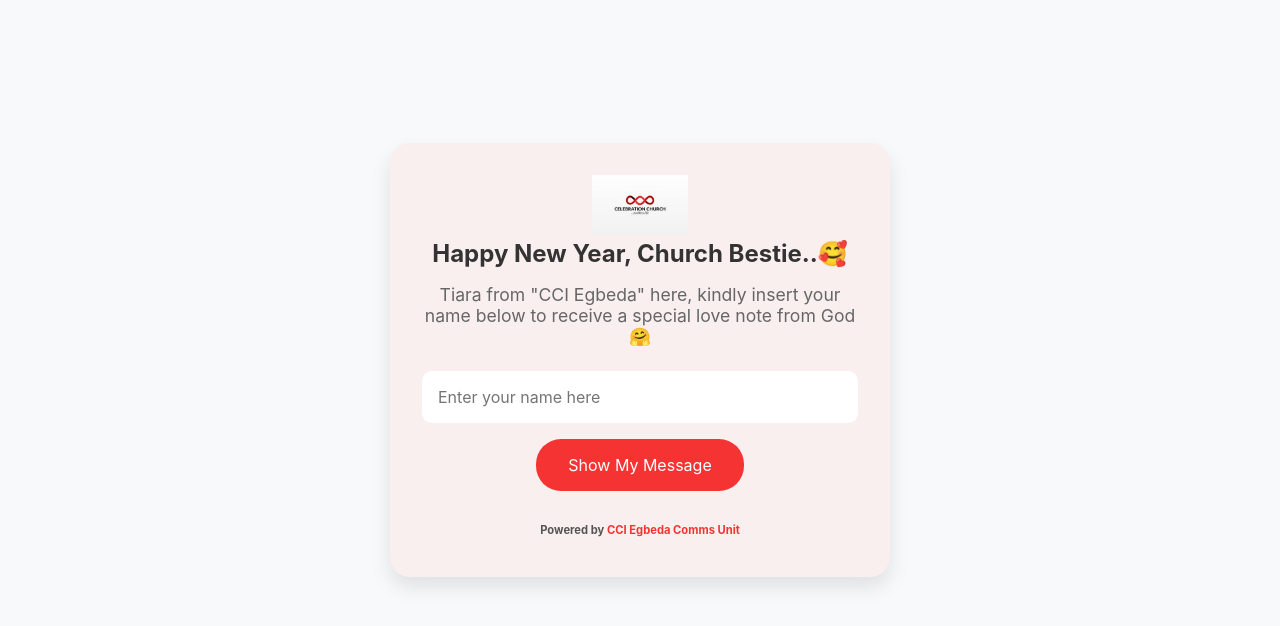
Repository: joelojieabu/biblicalWordsOfEncouragement
Page: index.html
An editor plug-in stored every save of this project. The page is shown before and after the next save, followed by the edit.
The browser window is 1280 px wide. The pictures show the whole page.

Above is the page before, as saved 2025-01-09 10:46:15.

### index.html
<!DOCTYPE html>
<html lang="en">
  <head>
    <meta charset="UTF-8" />
    <meta name="viewport" content="width=device-width, initial-scale=1.0" />
    <title>God's Love Note</title>
    <style>
      * {
        margin: 0;
        padding: 0;
        box-sizing: border-box;
        font-family: -apple-system, BlinkMacSystemFont, "Segoe UI", Roboto,
          sans-serif;
      }

      body {
        min-height: 100vh;
        display: flex;
        justify-content: center;
        align-items: center;
        background-color: #f8f9fa;
      }

      .card {
        background-color: #faefef;
        padding: 2rem;
        border-radius: 20px;
        box-shadow: 0 10px 20px rgba(0, 0, 0, 0.1);
        width: 90%;
        max-width: 500px;
        text-align: center;
        transition: transform 0.3s ease;
      }

      .card:hover {
        transform: translateY(-5px);
      }

      h2 {
        color: #333;
        margin-bottom: 1rem;
      }

      .subtitle {
        color: #666;
        margin-bottom: 1.5rem;
        font-size: 1.1rem;
      }

      input {
        width: 100%;
        padding: 1rem;
        margin-bottom: 1rem;
        border: none;
        border-radius: 10px;
        font-size: 1rem;
        outline: none;
      }

      button {
        background-color: rgb(246, 51, 51);
        color: white;
        border: none;
        padding: 1rem 2rem;
        border-radius: 25px;
        cursor: pointer;
        font-size: 1rem;
        transition: background-color 0.3s ease;
      }

      button:hover {
        background-color: rgb(250, 147, 147);
      }

      #message {
        margin-top: 1.5rem;
        color: #444;
        font-size: 1.1rem;
        opacity: 0;
        transition: opacity 0.5s ease;
      }

      #message.visible {
        opacity: 1;
      }

      .heart {
        color: #ff4d6d;
        display: inline-block;
        animation: beat 1s infinite;
      }

      @keyframes beat {
        0%,
        100% {
          transform: scale(1);
        }
        50% {
          transform: scale(1.2);
        }
      }
      small {
        color: #555;
        font-size: 0.7rem;
        margin-top: 1.5rem;
        display: block;
        text-align: center;
        padding: 0.5rem;
        border-radius: 10px;
      }
    </style>
  </head>
  <body>
    <div class="card">
      <img
        src="../cci-image.jpg"
        style="width: 20%; height: auto; min-width: 6rem"
      />
      <h2>Happy New Year, Church Bestie..🥰</h2>
      <p class="subtitle">
        Tiara from "CCI Egbeda" here, kindly insert your name below to receive a
        special love note from God🤗
      </p>
      <input type="text" id="nameInput" placeholder="Enter your name here" />
      <button onclick="showMessage()">Show My Message</button>
      <p id="message"></p>
      <small
        ><b
          >Powered by
          <span style="color: rgb(246, 51, 51)">CCI Egbeda Comms Unit</span></b
        ></small
      >
    </div>

    <script>
      const messages = [
        "Beloved, My help is on the way. Isaiah 51:5",
        "Precious One, You belong to Me. When you go through deep waters, I will be right there with you. Isaiah 43:1-2",
        "Dearest One, My Spirit is with you always. Isaiah 11:2",
        "Precious Child, I have written your name on My hands. You are always in My thoughts. Isaiah 49:16",
        "My Child, I go before you and behind you. I am holding you with My hand. Psalm 139:5",
        "Beloved, I am the One who makes all things new. Trust that I am working in your life. Revelation 21:5",
        "Beloved, You are never alone. I am with you wherever you go. Joshua 1:9",
        "My Child, I know every detail of your life. I have numbered even the hairs on your head. Matthew 10:30",
        "Beloved, I know your heart and hear your cries. I am near, comforting you always. Psalm 34:18",
        "My Precious One, I am your God who takes hold of your right hand and says, 'Do not fear; I will help you.' Isaiah 41:13",
        "My Dearest Child, I am with you in every trial and every joy. You are never out of My sight. Psalm 139:7-10",
        "My Child, When you call on Me, I will answer; when you seek Me, you will find Me. Jeremiah 33:3",
        "Beloved, I am your peace; let not your heart be troubled or afraid. John 14:27",
        "Dear One, I, The Lord who see you, will restore to you the years that the locust has eaten. Joel 2:25",
        "My Child, Though you walk through valleys, fear no evil, for I am with you always. Psalm 23:4",
        "Precious One, I am your shepherd; with Me, you lack nothing. Psalm 23:1-2",
        "Beloved, You are never alone. Hebrews 13:5",
        "Dearest Child, The mountains may skip like lambs, and the hills be removed, but My love shall not depart from you. Isaiah 54:10",
        "Beloved, Be strong and courageous. Do not be afraid, for I go with you wherever you go. Joshua 1:9",
        "My Dear, I know the plans I have for you, plans to prosper you and not to harm you, plans to give you hope and a future. Jeremiah 29:11",
        "My beloved, you are wonderfully made, and I see every detail of your heart and soul. You are precious to me. Psalm 139:14",
        "Even in your struggles, my love for you remains steadfast. There is nothing that can separate us. Romans 8:38-39",
        "Trust in my love, for I hold your heart in my hands. Share with me your fears and joys. Psalm 55:22",
        "Your laughter brings me joy, and your smiles light up my heart. You are a treasure to me. Zephaniah 3:17",
        "In your trials, I am molding you into something beautiful. Trust that I am at work in you. Romans 8:28",
        "Just as an artist pours love into their creation, I have crafted you with purpose and beauty. Ephesians 2:10",
        "I placed dreams in your heart for a reason. Pursue them with courage, and I will be with you. Jeremiah 29:11",
        "Before you were born, I knew you and called you by name; you are mine. Jeremiah 1:5",
        "You are my masterpiece, created with purpose and filled with potential. Ephesians 2:10",
        "In every moment, my heart is drawn to you; you are deeply cherished. Psalm 139:17-18",
        "When you feel alone, remember that I am always with you, my love surrounds you. Isaiah 41:10",
        "Your life is a precious gift to me; I delight in every moment we share. Zephaniah 3:17",
        "Even when you stray, my love remains steadfast, waiting for your return. Luke 15:20",
        "I have plans for your future that are filled with hope and promise. Jeremiah 29:11",
        "Your heart is safe with me; I will never leave you nor forsake you. Hebrews 13:5",
        "In your weakness, my strength shines brightly; allow me to uphold you. 2 Corinthians 12:9",
        "I rejoice over you with singing; your joy fills my heart. Zephaniah 3:17",
        "Your struggles are not in vain; I walk with you through every trial. Romans 5:3-5",
        "You are not defined by your past; I have made you a new creation. 2 Corinthians 5:17",
        "My love for you is unchanging; it is as constant as the stars in the sky. Psalm 136:1",
        "I have not given you a spirit of fear, but of power, love, and self-discipline. 2 Timothy 1:7",
        "You are loved with an everlasting love; nothing can separate us. Romans 8:38-39",
        "When you seek me, you will find me; your heart is my home. Jeremiah 29:13",
        "My thoughts toward you are countless, like the grains of sand. Psalm 139:17-18",
        "You are my beloved son/daughter, and I take great pleasure in you. Matthew 3:17",
        "In the depths of sorrow, I am your comfort; lean on me. Psalm 34:18",
        "Your prayers are precious to me; I hear every word you speak. Psalm 66:19",
        "Remember, I am working all things for your good; trust in my plan. Romans 8:28",
        "You are never alone in your pain; I carry your burdens with love. Matthew 11:28-30",
        "I have equipped you with gifts and talents; use them to shine my light. 1 Peter 4:10-11",
        "My grace is sufficient for you; it covers all your shortcomings. 2 Corinthians 12:9",
        "I love you with a love that cannot be measured; you are safe in my embrace. Psalm 103:17",
        "My beloved, in every challenge you face, know this: you are victorious beyond measure because my love for you will empower and sustain you. Romans 8:37",
        "My child, know that I do not condemn you, and neither can the world. I am at the right hand of God, interceding for you. So don’t be afraid to come to me—you will always have a home here. Romans 8:34",
        "Be convinced, my beloved: nothing in all creation can separate you from my love. I have drawn you to myself, and I will hold you forever. Rest assured. Romans 8:38-39",
        "I have begun the work of transforming you Myself, and I will not leave you to figure it out alone. I, the Lord, have started this good work in you, and I will complete it until the day of Christ Jesus. Philippians 1:6",
        "My beloved, I know you so intimately that even the hairs on your head are numbered. Do not be afraid—you are precious to me, worth far more than many sparrows. Luke 12:7",
        "My beloved, whenever you feel anxious, come to Me, and I will wrap your heart in peace that the world cannot comprehend. Philippians 4:6-7",
        "It has always been My will that you be adopted into My family through Christ. You are no longer a stranger; you are My child. Ephesians 1:5",
        "I have placed My Holy Spirit within you, to constantly remind and reassure you that you are truly Mine, and nothing will ever change that. Ephesians 1:13-14",
        "My beloved, there is no angle from which you will encounter Me and not experience My goodness. Come, taste and see that I am good. Psalm 34:6-8",
        "My child, don’t worry about what you’ll eat, drink, or wear. Simply seek Me. I know what you need, and I will take care of it. Rest in My care, I am faithful. Matthew 6:31-34",
        "My child, the Scriptures I have given you are for the instruction of your days, to encourage and strengthen you, helping you to endure. Trust that I have a word for you in every season. Walk easy. Romans 15:4",
        "My beloved, you can hold onto every promise I have made to you, for the One who promised is faithful. I will surely bring it to pass. Hebrews 10:23",
        "My beloved, remain in My presence, and I will strengthen you. You will run without weariness and labor without fainting, for I am your strength. Isaiah 40:31",
        "My beloved, when you go through difficult times, know that I am with you. The challenges you face will not overwhelm you, and the fires will not harm you. I will protect you always. Isaiah 43:2",
        "My child, I am not like humans who lie or change their minds. When I speak, I act. When I promise, I fulfill. You can trust every word I say. Numbers 23:19",
        "My child, do you still doubt My love for you? I loved you so much that I gave My one and only Son for you, so that you can believe in Him and have eternal life with Me. John 3:16",
        "My beloved, come near to Me. Believe in Me, for through My sacrifice, I have made a place for you in My Father’s family. When the time comes, I will return and take you to be with Me, where I am. John 14:1-3",
        "I have gone before you to that difficult place, and I am with you through it always. I will never leave you nor forsake you. Do not be afraid, and do not be discouraged; I am right by your side. Deuteronomy 31:8",
        "My beloved, I never want you to be confused. I will guide and teach you in the way you should go. With My loving eye upon you, I will counsel you and lead you. Psalm 32:8",
        "Take delight in Me, My child, and I will make firm your steps. Even if you stumble, you will not fall, for I will uphold you with My hand. Psalm 37:23-24",
        "You've been carrying a heavy burden and now you’re tired. Don't worry, come to Me and find rest in My arms. Matthew 11:28",
        "My beloved, My grace is enough for you and My power is made perfect in your weakness. Embrace your weaknesses, for my power will show forth in the midst of it, and will see you through. 2 Corinthians 12:9",
        "My beloved, I will fight for you; you need only be still and trust in Me. Exodus 14:14",
        "My beloved, though the mountains may shake and the hills be removed, My unfailing love for you will never be shaken, neither will My covenant of peace be removed, for I have compassion on you. Isaiah 54:10",
        "My beloved, whatever you ask for in prayer, believe that you have already received it, and it will be yours. Mark 11:24",
      ];

      function showMessage() {
        const nameInput = document.getElementById("nameInput");
        const messageElement = document.getElementById("message");
        const name = nameInput.value.trim();

        if (name === "") {
          alert("Please enter your name");
          return;
        }

        const randomMessage =
          messages[Math.floor(Math.random() * messages.length)];
        messageElement.innerHTML = `${name}, ${randomMessage} <span class="heart">❤</span>`;
        messageElement.classList.add("visible");
      }

      // Allow Enter key to trigger the button
      document
        .getElementById("nameInput")
        .addEventListener("keypress", function (e) {
          if (e.key === "Enter") {
            showMessage();
          }
        });
    </script>
  </body>
</html>

After the next save:
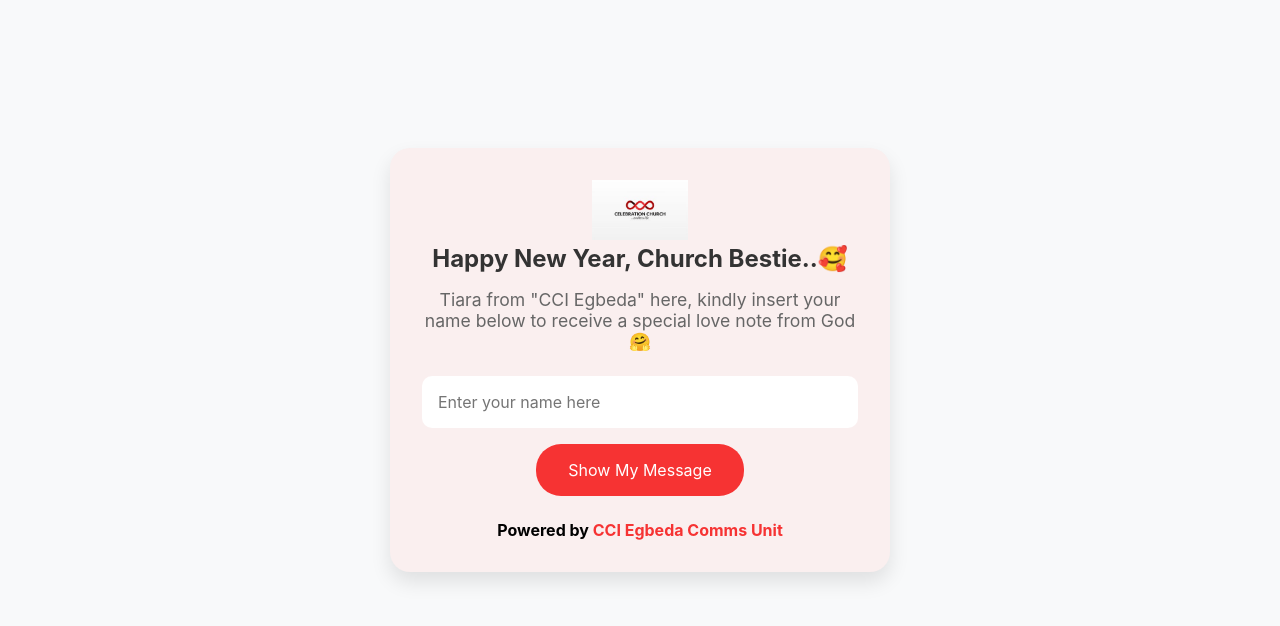
Saved 2 min 22 s later.
--- a/index.html
+++ b/index.html
@@ -124,7 +124,7 @@
       <input type="text" id="nameInput" placeholder="Enter your name here" />
       <button onclick="showMessage()">Show My Message</button>
       <p id="message"></p>
-      <small
+      <p
         ><b
           >Powered by
           <span style="color: rgb(246, 51, 51)">CCI Egbeda Comms Unit</span></b
